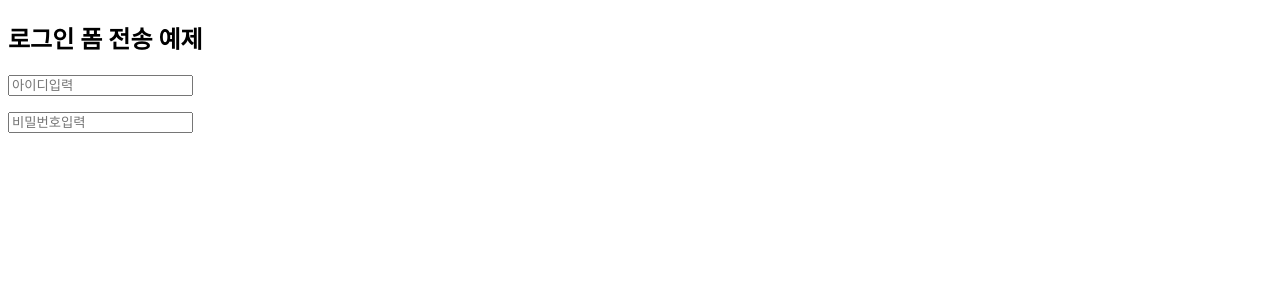
Repository: heyJSH/Study_java_web_sol
Page: http://localhost/jspweb_07/form_login.jsp
The author's editor kept a copy of each file at every save. The page is drawn from the files as they stood at one save, then again after the next save.
The browser window is 1280 px wide. The pictures show the whole page.
The page is served by Tomcat 9. Other server files are loaded and not shown.

Above is the page before, as saved 2024-01-11 02:02:25.

### teacher_lecture/cotogether/workspace_stsb_4_21/jspweb_07/src/main/webapp/form_login.jsp
<%@ page language="java" contentType="text/html; charset=UTF-8"
    pageEncoding="UTF-8"%>
<!DOCTYPE html>
<html>
<head>
<meta charset="UTF-8">
<title>Insert title here</title>
</head>
<body>
	<h2>로그인 폼 전송 예제</h2>

	<form action="pro_login.jsp" method="GET">

		<p><input type="text" name="id" placeholder="아이디입력"></p>
		<p><input type="password" name="pw" placeholder="비밀번호입력"></p>


	</form>
</body>
</html>

After the next save:
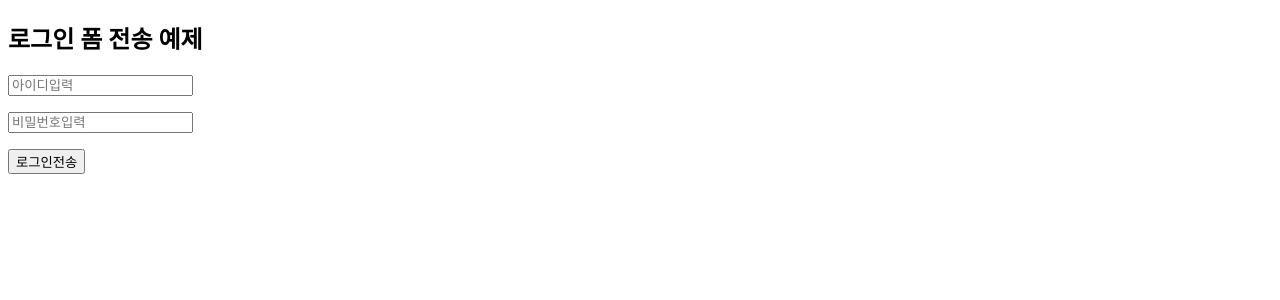
Saved 22 s later.
--- a/teacher_lecture/cotogether/workspace_stsb_4_21/jspweb_07/src/main/webapp/form_login.jsp
+++ b/teacher_lecture/cotogether/workspace_stsb_4_21/jspweb_07/src/main/webapp/form_login.jsp
@@ -13,6 +13,7 @@
 
 		<p><input type="text" name="id" placeholder="아이디입력"></p>
 		<p><input type="password" name="pw" placeholder="비밀번호입력"></p>
+		<p><input type="submit" value="로그인전송">
 
 
 	</form>
